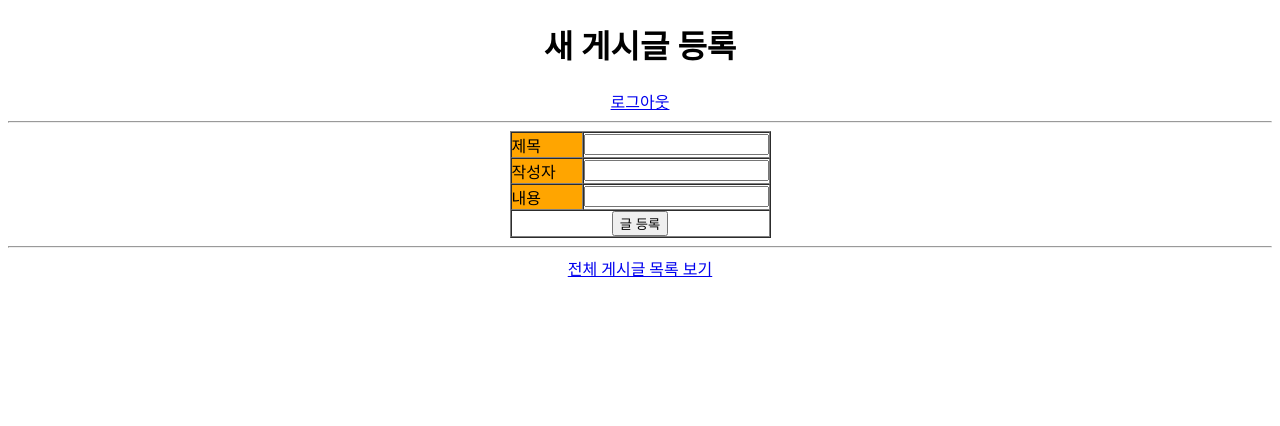
Repository: allstar94/spring_practice
Page: http://localhost/Model2_Board/insertBoard.jsp
These files come from the project's save history. The page is drawn as it stood at one moment and after the next save; the edit follows.
The browser window is 1280 px wide. The pictures show the whole page.
The page is served by Tomcat 9.

Above is the page before, as saved 2021-10-26 06:22:39.

After the next save:
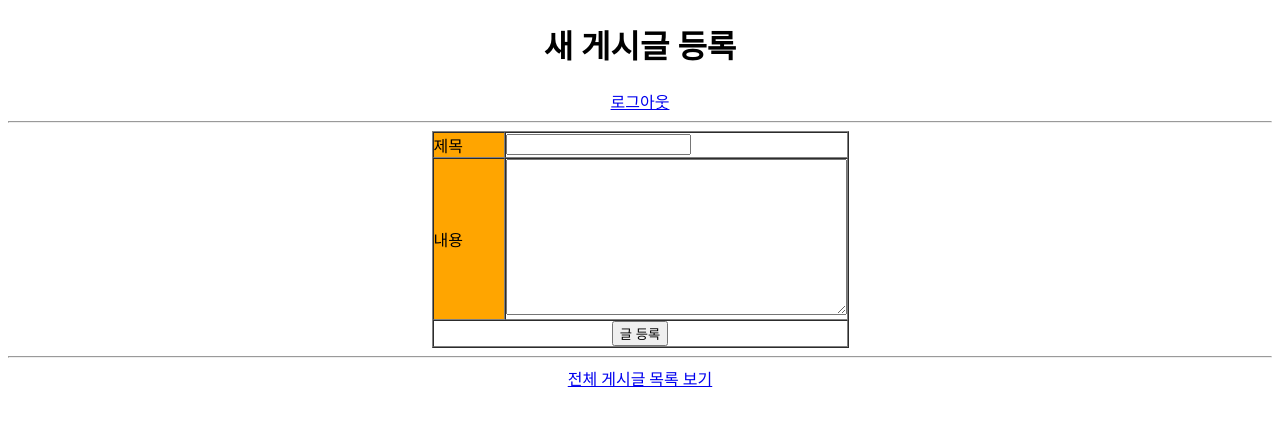
Saved 84 s later.
--- a/Model2_Board/src/main/webapp/insertBoard.jsp
+++ b/Model2_Board/src/main/webapp/insertBoard.jsp
@@ -1,47 +1,37 @@
 <%@ page language="java" contentType="text/html; charset=EUC-KR"
     pageEncoding="EUC-KR"%>
-
-
-<!--  추가  -->
-<%@ page errorPage = "error.jsp" %>
-
+    <%@ page errorPage="error.jsp" %>
 <!DOCTYPE html>
 <html>
 <head>
 <meta charset="EUC-KR">
-<title>insertBoard.jsp</title>
+<title>insertBoard.jsp 페이지</title>
 </head>
 <body>
    <center>
-   <h1>새 게시글 등록 </h1>
-   <a href = "logout.do">로그아웃</a>
+   <h1>새 게시글 등록</h1>
+   <a href="logout.do">로그아웃</a>
    <hr>
-   <form name = "insertForm" method = "POST" action = "insertBoard.do">
-      <table border = "1" cellpadding = "0" cellspacing = "0">
+   <form name="insertForm" method="POST" action="insertBoard.do">
+      <table border="1" cellpadding="0" cellspacing="0">
          <tr>
-            <td bgcolor= "orange" width = "70">제목</td>
-            <td align = "left"><input type = "text" name = "title" />
+            <td bgcolor="orange" width="70">제목</td>
+            <td align="left"><input type="text" name="title"/></td>
          </tr>
 
          <tr>
-            <td bgcolor= "orange">작성자</td>
-            <td align = "left"><input type = "text" name = "writer" />
+            <td bgcolor="orange">내용</td>
+            <td align="left"><textarea name="content" rows="10" cols="40"></textarea></td>
          </tr>
-
          <tr>
-            <td bgcolor= "orange">내용</td>
-            <td align = "left"><input type = "text" name = "content" />
-         </tr>
-
-         <tr>
-            <td colspan = "2" align = "center">
-               <input type = "submit" value = "글 등록"/>
-
+            <td colspan="2" align="center">
+               <input type="submit" value="글 등록"/>
+            </td>
          </tr>
       </table>
    </form>
    <hr>
-   <a href = "getBoardList.do">전체 게시글 목록 보기</a>
+   <a href="getBoardList.do">전체  게시글 목록 보기</a>
    </center>
 </body>
 </html>
